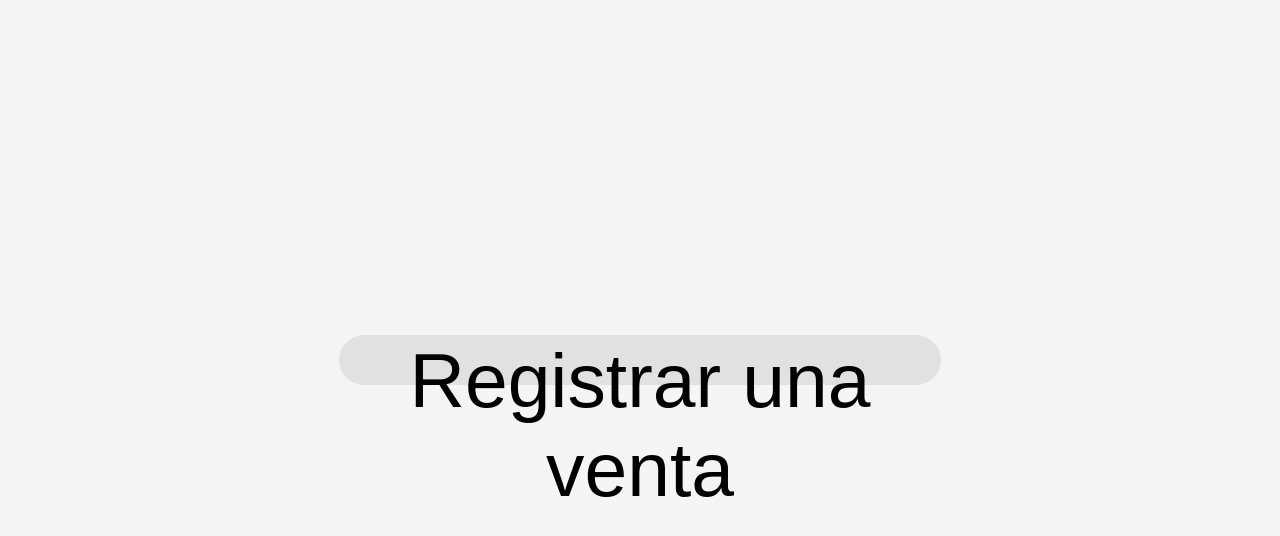
Repository: aCoupon0/intranet
Page: index.html
The author's editor kept a copy of each file at every save. The page is drawn from the files as they stood at one save, then again after the next save.
The browser window is 1280 px wide. The pictures show the whole page.

Above is the page before, as saved 2024-11-29 11:46:06.

After the next save:
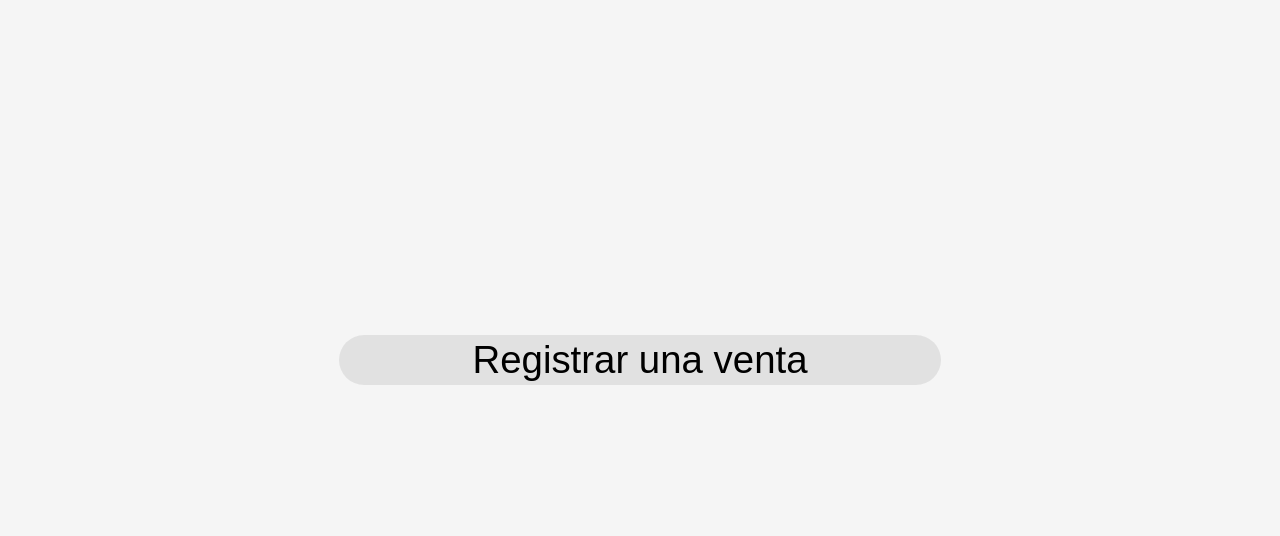
Saved 5 s later.
--- a/main.css
+++ b/main.css
@@ -20,7 +20,7 @@
     background-color: rgba(0, 0, 0, 0.082);
     border: none;
     border-radius: 10vw;
-    font-size: 6vw;
+    font-size: 3vw;
 }
 
 button:hover {
